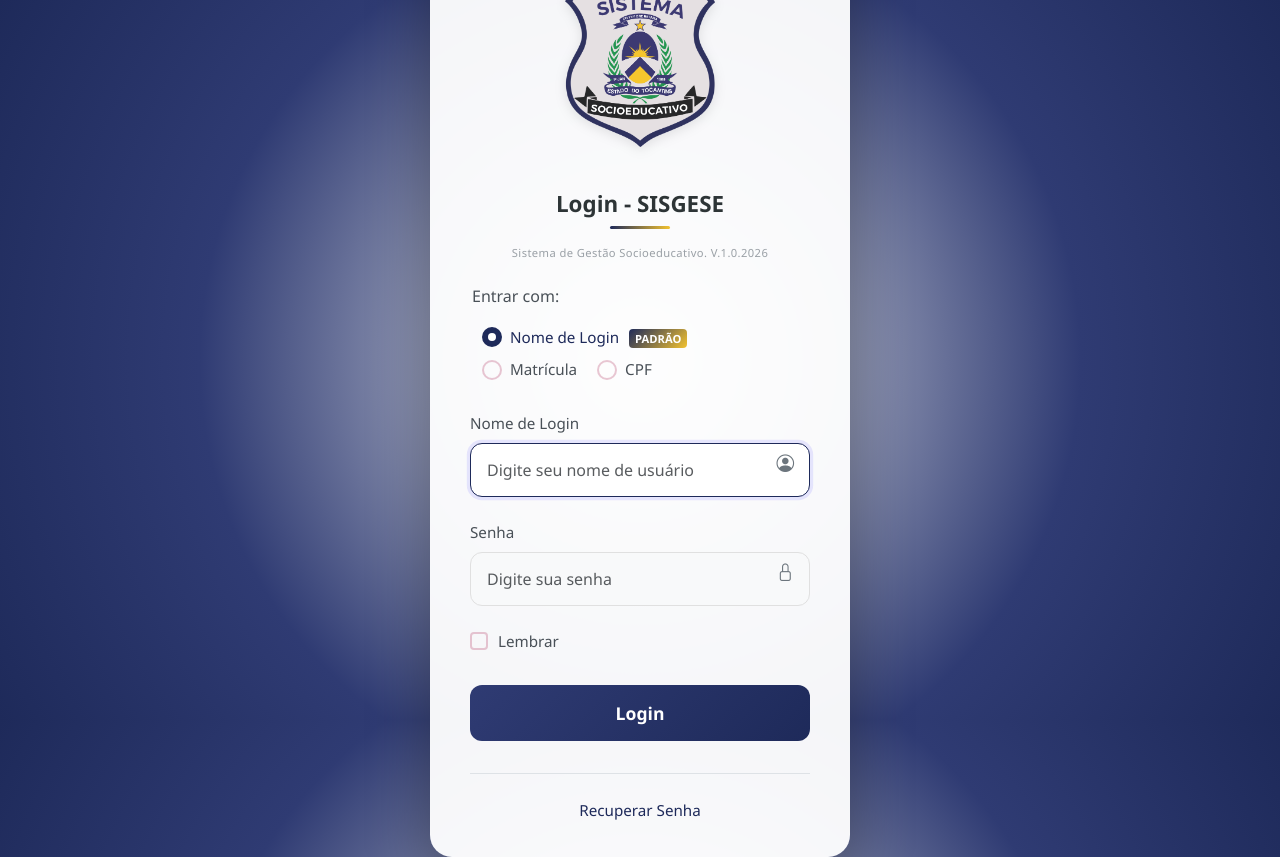
Repository: paulodevtiarg/SisGese2025
Page: http://localhost/login/index
The author's editor kept a copy of each file at every save. The page is drawn from the files as they stood at one save, then again after the next save.
The browser window is 1280 px wide. The pictures show the whole page.
The page is this project's Thymeleaf template; nobody is signed in. The template is opened directly, without the code that normally fills it, so the values that code supplies are empty.

Above is the page before, as saved 2026-02-11 18:31:12.

### SysGese2026/src/main/resources/templates/login/index.html
<!DOCTYPE html>
<html xmlns:th="http://www.thymeleaf.org">
<head>
<meta charset="UTF-8">
<meta name="viewport" content="width=device-width, initial-scale=1.0">
<title>Login - SISGESE</title>
<!-- Bootstrap 5.3 -->
<link
	href="https://cdn.jsdelivr.net/npm/bootstrap@5.3.0/dist/css/bootstrap.min.css"
	rel="stylesheet">
<link rel="icon" href="/img/logo.ico" type="image/x-icon" />
<!-- Bootstrap Icons -->
<link rel="stylesheet"
	href="https://cdn.jsdelivr.net/npm/bootstrap-icons@1.10.0/font/bootstrap-icons.css">
<!-- Adicionando jQuery para a máscara -->
<script src="https://code.jquery.com/jquery-3.6.0.min.js"></script>
<!-- Plugin jQuery Mask -->
<script
	src="https://cdnjs.cloudflare.com/ajax/libs/jquery.mask/1.14.16/jquery.mask.min.js"></script>
<style>
* {
	box-sizing: border-box;

}

body, html {
	height: 100%;
	margin: 0;
	padding: 1px;
	font-family: 'Segoe UI', Tahoma, Geneva, Verdana, sans-serif;

}

body {
    display: flex;
    align-items: center;
    justify-content: center;
    background: radial-gradient(
        circle at center,
        #E5E7EB 0%,
        #2F3B73 60%,
        #1E2A5A 100%
    );
    overflow: hidden;
}

.login-wrapper {
    width: 100%;
    display: flex;
    justify-content: center;
}

.login-card {
    width: 100%;
    max-width: 420px;   /* menor */
    padding: 2.2rem 2.5rem;
    border-radius: 22px;
    background: rgba(255, 255, 255, 0.95);
    box-shadow: 0 25px 60px rgba(0, 0, 0, 0.35);
}

.login-card:hover {
	transform: translateY(-5px);
}

/* Header do card com logo */
.login-header {
	text-align: center;
	margin-bottom: 2.5rem;
}

.logo {
	max-width: 150px; /* metade de 280 */
	height: auto;
	margin-top: 5rem;
	filter: drop-shadow(0 3px 6px rgba(0, 0, 0, 0.1));
}

.brand-title {
	font-size: 1.8rem;
	font-weight: 700;
	color: #2d3436;
	margin-bottom: 0.3rem;
	letter-spacing: 0.5px;
}

.brand-subtitle {
	color: #6c757d;
	font-size: 1rem;
	font-weight: 400;
	letter-spacing: 1.5px;
	text-transform: uppercase;
}

.login-title {
	text-align: center;
	font-size: 1.4rem;
	font-weight: 600;
	color: #2d3436;
	margin-bottom: 1.5rem;
	position: relative;
}

.login-title::after {
	content: '';
	position: absolute;
	bottom: -8px;
	left: 50%;
	transform: translateX(-50%);
	width: 60px;
	height: 3px;
	background: linear-gradient(to right, #1E2A5A, #F2C230);
	border-radius: 2px;
}

/* Opções de login */
.login-options {
	margin-bottom: 1.5rem;
	padding:2px;
}

.options-title {
	font-size: 1rem;
	font-weight: 500;
	color: #495057;
	margin-bottom: 0.8rem;
	display: block;
}

.options-group {
	display: flex;

	flex-wrap: wrap;
}

.option-item {
	display: flex;
	align-items: center;
	cursor: pointer;
	padding: 5px 10px;
	border-radius: 8px;
	transition: background-color 0.3s;
}

.option-item:hover {
	background-color: rgba(108, 99, 255, 0.05);
}

.option-radio {
	display: none;
}

.radio-custom {
	width: 20px;
	height: 20px;
	border: 2px solid #c9749166;
	border-radius: 50%;
	margin-right: 8px;
	position: relative;
	transition: all 0.3s;
}

.option-radio:checked+.radio-custom {
	border-color: #1E2A5A;
	background-color: #1E2A5A;
}

.option-radio:checked+.radio-custom::after {
	content: '';
	position: absolute;
	top: 50%;
	left: 50%;
	transform: translate(-50%, -50%);
	width: 8px;
	height: 8px;
	background-color: white;
	border-radius: 50%;
}

.option-label {
	font-size: 0.95rem;
	color: #495057;
	cursor: pointer;
	transition: color 0.3s;
}

.option-radio:checked ~ .option-label {
	color: #1E2A5A;
	font-weight: 500;
}

/* Estilos dos inputs */
.form-group {
	margin-bottom: 1.5rem;
	position: relative;
}

.form-label {
	display: block;
	font-weight: 500;
	color: #495057;
	margin-bottom: 0.5rem;
	font-size: 0.95rem;
}

.form-control {
	width: 100%;
	padding: 14px 16px;
	font-size: 1rem;
	border: 1.5px solid #e0e0e0;
	border-radius: 12px;
	background-color: #f8f9fa;
	transition: all 0.3s;
}

.form-control:focus {
	border-color: #1E2A5A;
	background-color: white;
	box-shadow: 0 0 0 0.2rem rgba(108, 99, 255, 0.15);
	outline: none;
}

/* Ícone nos inputs */
.input-icon {
	position: absolute;
	right: 16px;
	top: 38px;
	color: #6c757d;
	font-size: 1.1rem;
}

/* Campo oculto para tipo de login */
#loginType {
	display: none;
}

/* Checkbox "Remember me" */
.remember-me {
	display: flex;
	align-items: center;
	margin-bottom: 1.5rem;
}

.remember-checkbox {
	width: 18px;
	height: 18px;
	margin-right: 10px;
	cursor: pointer;
}

.remember-label {
	font-size: 0.95rem;
	color: #495057;
	cursor: pointer;
}

/* Botão de login */
.login-btn {
	width: 100%;
	padding: 15px;
	background: linear-gradient(135deg, #2F3B73 0%, #1E2A5A 100%);
	color: white;
	border: none;
	border-radius: 12px;
	font-size: 1.1rem;
	font-weight: 600;
	cursor: pointer;
	transition: all 0.3s;
	margin-top: 0.5rem;
	margin-bottom: 2rem;
}

.login-btn:hover {
	transform: translateY(-2px);
	box-shadow: 0 10px 25px rgba(30, 42, 90, 0.4);
}

.login-btn:active {
	transform: translateY(0);
}

/* Divisor "or sign up using" */
.divider {
	display: flex;
	align-items: center;
	margin-bottom: 1.5rem;
	text-align: center;
}

.divider-line {
	flex: 1;
	height: 1px;
	background-color: #dee2e6;
}

.divider-text {
	padding: 0 15px;
	color: #6c757d;
	font-size: 0.9rem;
	font-weight: 500;
}

/* Botões sociais */
.social-login {
	display: flex;
	justify-content: center;
	gap: 15px;
	margin-bottom: 2rem;
}

.social-btn {
	width: 50px;
	height: 50px;
	border-radius: 50%;
	display: flex;
	align-items: center;
	justify-content: center;
	background: #f8f9fa;
	border: 1.5px solid #e0e0e0;
	cursor: pointer;
	transition: all 0.3s;
	font-size: 1.3rem;
	color: #495057;
}

.social-btn:hover {
	transform: translateY(-3px);
	box-shadow: 0 8px 20px rgba(0, 0, 0, 0.1);
	background: white;
}

/* Link "Forgot Password" */
.forgot-password {
	text-align: center;
	margin-top: 1.5rem;
}

.forgot-link {
	color: #1E2A5A;
	text-decoration: none;
	font-weight: 500;
	font-size: 0.95rem;
	transition: color 0.3s;
}

.forgot-link:hover {
	color: #F2C230;
	text-decoration: underline;
}

/* Link de cadastro */
.signup-link {
	text-align: center;
	margin-top: 2rem;
	padding-top: 1.5rem;
	border-top: 1px solid #e9ecef;
	color: #6c757d;
	font-size: 0.95rem;
}

.signup-link a {
	color: #1E2A5A;
	text-decoration: none;
	font-weight: 600;
	margin-left: 5px;
}

.signup-link a:hover {
	text-decoration: underline;
}

/* Mensagem de erro */
.error-message {
	background-color: rgba(220, 53, 69, 0.1);
	color: #dc3545;
	padding: 12px 16px;
	border-radius: 8px;
	border-left: 4px solid #dc3545;
	margin-top: 15px;
	font-size: 0.95rem;
	text-align: center;
}

/* Responsividade */
@media ( max-width : 768px) {
	.login-wrapper {
		padding: 15px;
	}
	.login-card {
		padding: 2.5rem 2rem;
		max-width: 90%;
	}
	.logo {
		max-width: 150px;
	}
	.brand-title {
		font-size: 1.6rem;
	}
	.options-group {
		gap: 15px;
	}
}

@media ( max-width : 576px) {
	.login-card {
		padding: 2rem 1.5rem;
		max-width: 100%;
		border-radius: 20px;
	}
	.logo {
		max-width: 130px;
	}
	.brand-title {
		font-size: 1.4rem;
	}
	.login-title {
		font-size: 1.2rem;
	}
	.options-group {
		flex-direction: column;
		gap: 10px;
	}
	.option-item {
		padding: 8px 12px;
	}
	.form-control {
		padding: 12px 14px;
	}
	.login-btn {
		padding: 14px;
	}
}

/* Animações */
.fade-in {
	animation: fadeIn 0.6s ease-out;
}

@
keyframes fadeIn {from { opacity:0;
	transform: translateY(30px);
}

to {
	opacity: 1;
	transform: translateY(0);
}

}

/* Custom checkbox */
.custom-checkbox {
	display: flex;
	align-items: center;
	cursor: pointer;
}

.custom-checkbox input {
	display: none;
}

.checkbox-box {
	width: 18px;
	height: 18px;
	border: 2px solid #c9749166;
	border-radius: 4px;
	margin-right: 10px;
	display: flex;
	align-items: center;
	justify-content: center;
	transition: all 0.3s;
}

.custom-checkbox input:checked+.checkbox-box {
	background-color: #1E2A5A;
	border-color: #1E2A5A;
}

.custom-checkbox input:checked+.checkbox-box::after {
	content: '✓';
	color: white;
	font-size: 12px;
	font-weight: bold;
}

/* Placeholder styling */
::placeholder {
	color: #adb5bd;
	opacity: 1;
}

/* Transição suave para mudanças no campo */
.field-transition {
	transition: all 0.3s ease;
}

/* Badge para indicar padrão */
.default-badge {
	font-size: 0.7rem;
	background: linear-gradient(135deg, #1E2A5A 0%, #F2C230 100%);
	color: white;
	padding: 2px 6px;
	border-radius: 4px;
	margin-left: 6px;
	font-weight: 600;
}

.system-version {
    margin-top: 4px;
    margin-bottom: 20px;
    text-align: center;
    font-size: 0.70rem;
    color: #9aa0a6;
    font-weight: 400;
    letter-spacing: 0.4px;
}
</style>
</head>
<body>
	<!-- Container do background -->
	<div class="background-container"></div>


	<div class="login-wrapper">
		<div class="login-card fade-in">
			<!-- Header com logo -->
			<div class="login-header">
				<img th:src="@{/img/logo-sitema-opaco.png}" alt="Socioeducativo"
					class="logo">

			</div>

			<!-- Título do login -->
			<div class="login-title">Login - SISGESE</div>
<div class="system-version">Sistema de Gestão Socioeducativo.
					V.1.0.2026</div>
			<!-- Opções de tipo de login -->
			<div class="login-options">
				<span class="options-title">Entrar com:</span>
				<div class="options-group">
					<label class="option-item"> <input type="radio"
						class="option-radio" name="tipoLogin" value="login" checked>
						<span class="radio-custom"></span> <span class="option-label">
							Nome de Login <span class="default-badge">PADRÃO</span>
					</span>
					</label> <label class="option-item"> <input type="radio"
						class="option-radio" name="tipoLogin" value="matricula"> <span
						class="radio-custom"></span> <span class="option-label">Matrícula</span>
					</label> <label class="option-item"> <input type="radio"
						class="option-radio" name="tipoLogin" value="cpf"> <span
						class="radio-custom"></span> <span class="option-label">CPF</span>
					</label>
				</div>
			</div>

			<!-- Formulário -->
			<form th:action="@{/login}" method="post">
				<!-- Campo oculto para enviar o tipo de login -->
				<input type="hidden" id="loginType" name="loginType" value="login">

				<!-- Campo dinâmico baseado na seleção -->
				<div class="form-group">
					<label for="identificador" class="form-label"
						id="identificadorLabel">Nome de Login</label> <input type="text"
						class="form-control field-transition" name="identificador"
						id="identificador" placeholder="Digite seu nome de usuário"
						required autofocus> <i
						class="bi bi-person-circle input-icon" id="identificadorIcon"></i>
				</div>

				<!-- Password -->
				<div class="form-group">
					<label for="senha" class="form-label">Senha</label> <input
						type="password" class="form-control" name="senha" id="senha"
						placeholder="Digite sua senha" required> <i
						class="bi bi-lock input-icon" id="passwordIcon"></i>
				</div>

				<!-- Remember me -->
				<div class="remember-me">
					<label class="custom-checkbox"> <input type="checkbox"
						id="remember" name="remember"> <span class="checkbox-box"></span>
						<span class="remember-label">Lembrar</span>
					</label>
				</div>

				<!-- Botão de login -->
				<button type="submit" class="login-btn">Login</button>
			</form>

			<!-- Mensagem de erro -->
			<div th:if="${erro}" class="error-message" th:text="${erro}"></div>

			<!-- Divisor -->
			<div class="divider">
				<div class="divider-line"></div>
			</div>

			<!-- Forgot password -->
			<div class="forgot-password">
				<a href="/recuperar-senha" class="forgot-link">Recuperar Senha</a>
			</div>


		</div>
	</div>

	<script>
        $(document).ready(function(){
            // Elementos que serão modificados
            const $identificador = $('#identificador');
            const $identificadorLabel = $('#identificadorLabel');
            const $identificadorIcon = $('#identificadorIcon');
            const $loginType = $('#loginType');

            // Configurações para cada tipo de login (ORDEM: login, email, cpf)
            const tiposLogin = {
                login: {
                    label: 'Nome de Login',
                    placeholder: 'Digite seu nome de usuário',
                    icon: 'bi-person-circle',
                    mask: false,
                    validation: function(value) {
                        return value.length >= 3;
                    },
                    errorMessage: 'O nome de login deve ter pelo menos 3 caracteres.',
                    keyboardShortcut: '1'
                },
                matricula: {
                    label: 'Matrícula',
                    placeholder: 'Digite sua matrícula',
                    icon: 'bi-card-heading',
                    mask: false,
                    validation: function(value) {
                        return value.length >= 3;
                    },
                    errorMessage: 'Digite uma matrícula válida.'
                },
                cpf: {
                    label: 'CPF',
                    placeholder: '000.000.000-00',
                    icon: 'bi-person-vcard',
                    mask: '000.000.000-00',
                    validation: function(value) {
                        const cpf = value.replace(/\D/g, '');
                        return cpf.length === 11;
                    },
                    errorMessage: 'Por favor, digite um CPF válido com 11 dígitos.',
                    keyboardShortcut: '3'
                }
            };

            // Função para atualizar o campo baseado na seleção
            function atualizarCampo(tipo) {
                const config = tiposLogin[tipo];

                // Atualiza label
                $identificadorLabel.text(config.label);

                // Atualiza placeholder
                $identificador.attr('placeholder', config.placeholder);

                // Atualiza ícone
                $identificadorIcon.removeClass('bi-person-circle bi-envelope bi-person-vcard');
                $identificadorIcon.addClass(config.icon);

                // Remove máscara anterior
                if ($.mask && $.mask.unmask) {
                    $identificador.unmask();
                }

                // Aplica nova máscara se existir
                if (config.mask) {
                    $identificador.mask(config.mask, {
                        reverse: false,
                        placeholder: config.placeholder
                    });
                } else {
                    // Remove maxlength para campos sem máscara
                    $identificador.removeAttr('maxlength');
                }

                // Limpa o campo
                $identificador.val('');

                // Atualiza campo oculto
                $loginType.val(tipo);

                // Foco no campo
                $identificador.focus();
            }

            // Evento de mudança nos radio buttons
            $('input[name="tipoLogin"]').change(function() {
                const tipoSelecionado = $(this).val();
                atualizarCampo(tipoSelecionado);
            });

            // Inicializa com Nome de Login (padrão)
            atualizarCampo('login');

            // Validação do formulário
            $('form').submit(function(e) {
                const tipoAtual = $('input[name="tipoLogin"]:checked').val();
                const config = tiposLogin[tipoAtual];
                const valor = $identificador.val().trim();

                if (!config.validation(valor)) {
                    alert(config.errorMessage);
                    e.preventDefault();
                    return false;
                }

                // Para CPF, remove formatação antes de enviar
                if (tipoAtual === 'cpf') {
                    const cpfLimpo = valor.replace(/\D/g, '');
                    $identificador.val(cpfLimpo);
                }

                return true;
            });

            // Toggle password visibility
            $('#passwordIcon').on('click', function() {
                const passwordInput = $('#senha');
                const type = passwordInput.attr('type') === 'password' ? 'text' : 'password';
                passwordInput.attr('type', type);
                $(this).toggleClass('bi-lock bi-unlock');
            });

            // Atalhos de teclado para trocar tipo de login
            $(document).keydown(function(e) {
                // Alt+1 para Login (padrão), Alt+2 para Email, Alt+3 para CPF
                if (e.altKey) {
                    switch(e.key) {
                        case '1':
                            $('input[name="tipoLogin"][value="login"]').prop('checked', true).trigger('change');
                            e.preventDefault();
                            break;
                        case '2':
                            $('input[name="tipoLogin"][value="email"]').prop('checked', true).trigger('change');
                            e.preventDefault();
                            break;
                        case '3':
                            $('input[name="tipoLogin"][value="cpf"]').prop('checked', true).trigger('change');
                            e.preventDefault();
                            break;
                    }
                }
            });

            // Dica de atalhos de teclado (aparece brevemente no início)
            setTimeout(function() {
                console.log('Dica: Use Alt+1, Alt+2 ou Alt+3 para alternar rapidamente entre os tipos de login');
            }, 2000);

            // Anima a transição quando o usuário clica nas opções
            $('.option-item').on('click', function() {
                $(this).addClass('active');
                setTimeout(() => {
                    $(this).removeClass('active');
                }, 300);
            });
        });
    </script>
</body>
</html>

After the next save:
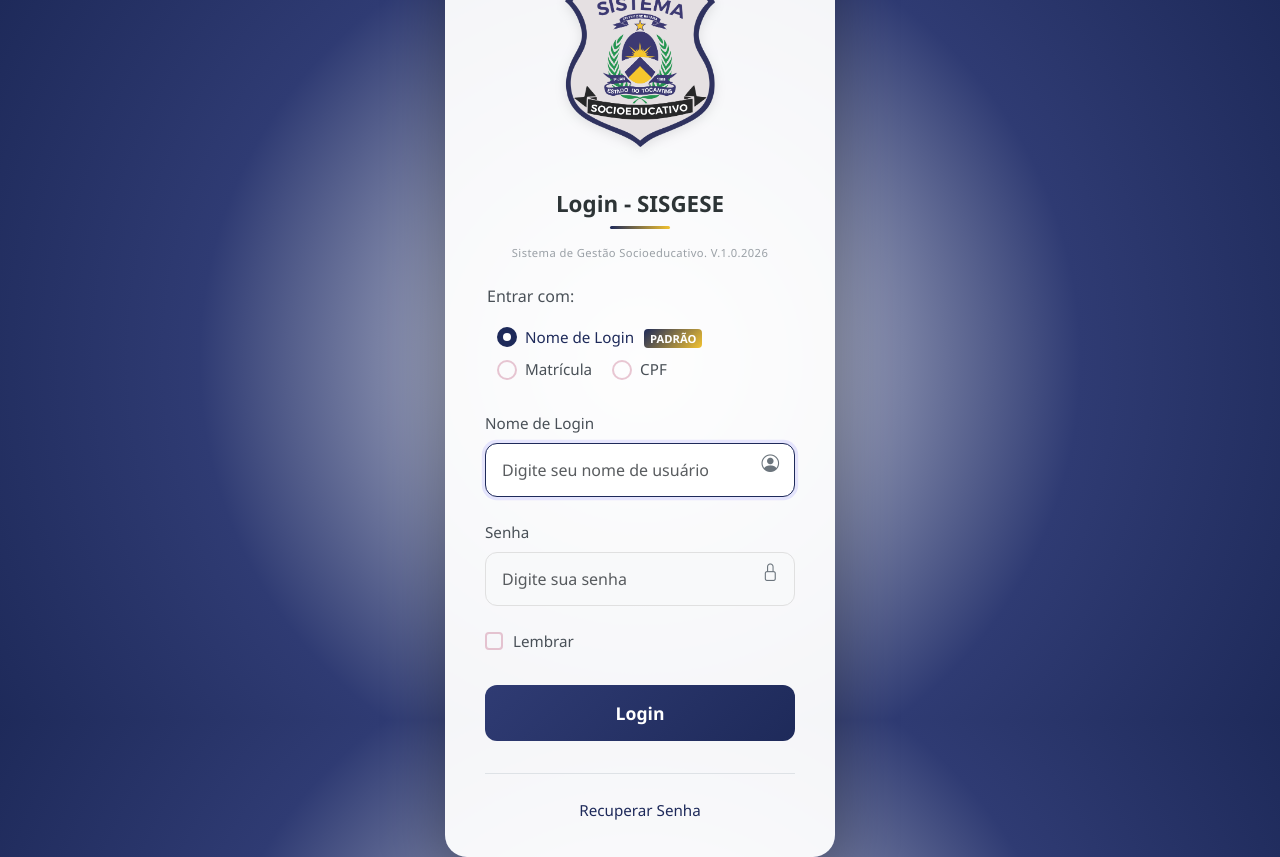
Saved 8 s later.
--- a/SysGese2026/src/main/resources/templates/login/index.html
+++ b/SysGese2026/src/main/resources/templates/login/index.html
@@ -52,7 +52,7 @@
 
 .login-card {
     width: 100%;
-    max-width: 420px;   /* menor */
+    max-width: 390px;   /* menor */
     padding: 2.2rem 2.5rem;
     border-radius: 22px;
     background: rgba(255, 255, 255, 0.95);
